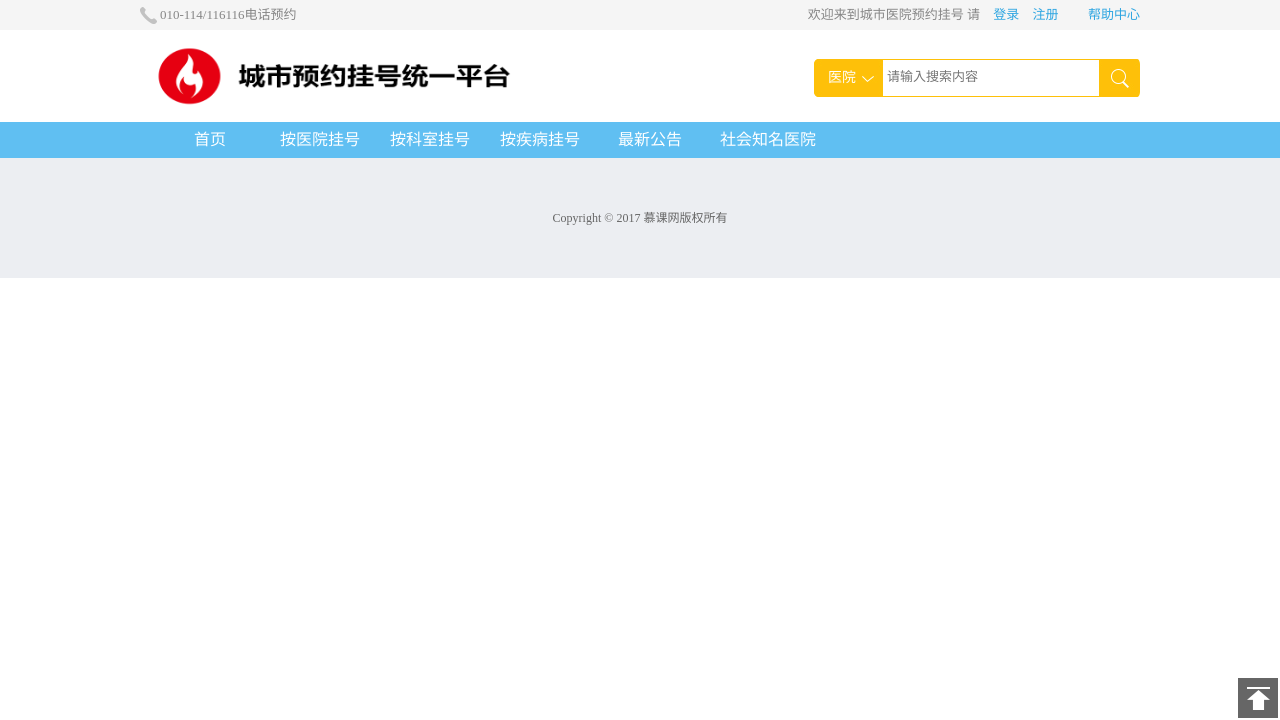
Repository: ScarApocalypse/study
Page: 挂号平台/hosptial.html
These files come from the project's save history. The page is drawn as it stood at one moment and after the next save; the edit follows.
The browser window is 1280 px wide. The pictures show the whole page.

Above is the page before, as saved 2019-01-21 15:26:45.

After the next save:
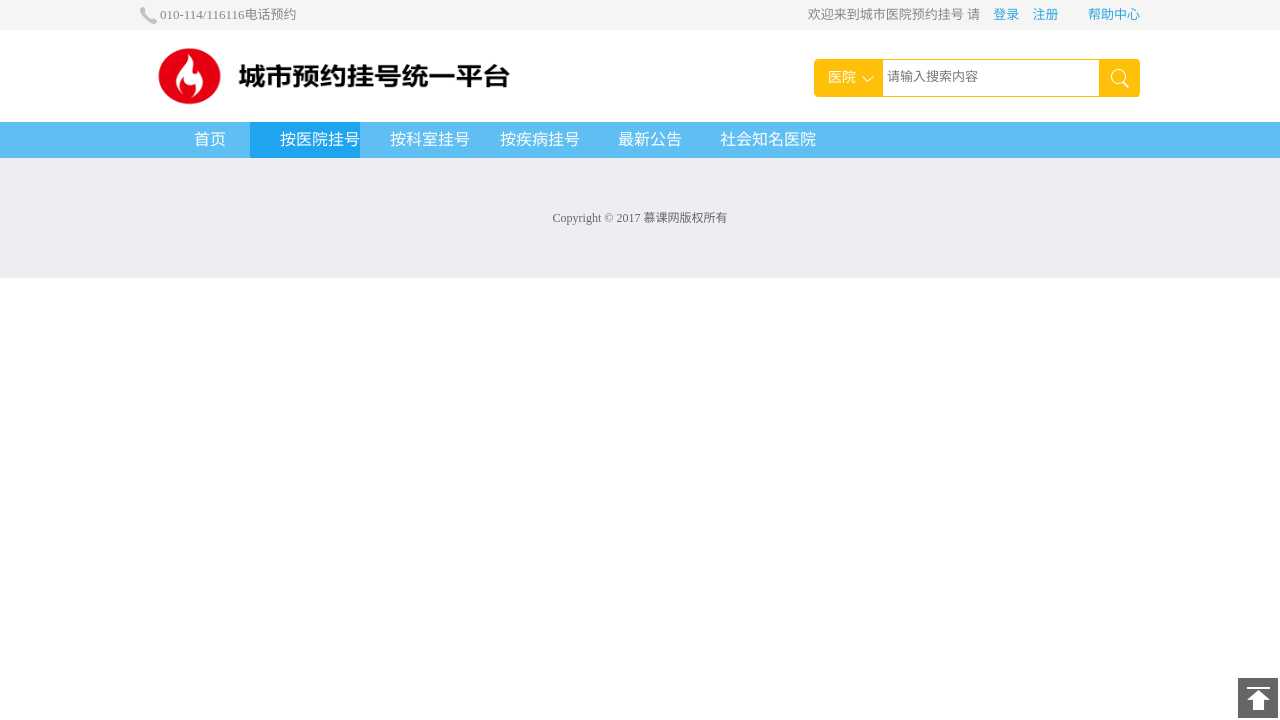
Saved 31 s later.
--- a/挂号平台/css/base.css
+++ b/挂号平台/css/base.css
@@ -59,7 +59,7 @@ img{
 	min-width:80px;
 	text-align: center;
 }
-.nav .link_focu{
+.nav .link_focus{
 	color:#fff;
 	background-color:#1fa4f0;
 }
